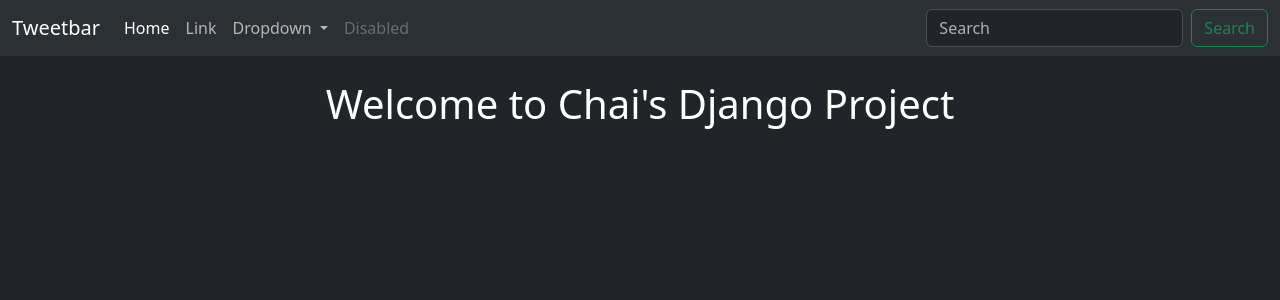
Repository: Pratham-2407/Full-Stack-Tweeting-Application---Django-
Page: http://localhost/tweet/
These files come from the project's save history. The page is drawn as it stood at one moment and after the next save; the edit follows.
The browser window is 1280 px wide. The pictures show the whole page.
The page is served by the project's application, run on Django 5.2 (chaihq/manage.py). Other server files are loaded and not shown.

Above is the page before, as saved 2024-07-13 21:37:49.

### chaihq/tweet/templates/index.html
{% extends "layout.html" %}

{% block title %}
Chai aur tweet
{% endblock %}

{% block content %}

<h1 class="text-center text-white mt-4">Welcome to Chai's Django Project</h1>

{% endblock %}

### chaihq/templates/layout.html
{% load static %}

<!DOCTYPE html>
<html lang="en" data-bs-theme="dark">
<head>
    <meta charset="UTF-8">
    <meta name="viewport" content="width=device-width, initial-scale=1.0">
    <link href="https://cdn.jsdelivr.net/npm/bootstrap@5.3.3/dist/css/bootstrap.min.css" rel="stylesheet" integrity="sha384-QWTKZyjpPEjISv5WaRU9OFeRpok6YctnYmDr5pNlyT2bRjXh0JMhjY6hW+ALEwIH" crossorigin="anonymous">
    <title>
        {% block title %}
        Chai aur Django
        {% endblock %}
    </title>
</head>
<body>

    <nav class="navbar navbar-expand-lg bg-body-tertiary">
        <div class="container-fluid">
          <a class="navbar-brand" href="#">Tweetbar</a>
          <button class="navbar-toggler" type="button" data-bs-toggle="collapse" data-bs-target="#navbarSupportedContent" aria-controls="navbarSupportedContent" aria-expanded="false" aria-label="Toggle navigation">
            <span class="navbar-toggler-icon"></span>
          </button>
          <div class="collapse navbar-collapse" id="navbarSupportedContent">
            <ul class="navbar-nav me-auto mb-2 mb-lg-0">
              <li class="nav-item">
                <a class="nav-link active" aria-current="page" href="#">Home</a>
              </li>
              <li class="nav-item">
                <a class="nav-link" href="#">Link</a>
              </li>
              <li class="nav-item dropdown">
                <a class="nav-link dropdown-toggle" href="#" role="button" data-bs-toggle="dropdown" aria-expanded="false">
                  Dropdown
                </a>
                <ul class="dropdown-menu">
                  <li><a class="dropdown-item" href="#">Action</a></li>
                  <li><a class="dropdown-item" href="#">Another action</a></li>
                  <li><hr class="dropdown-divider"></li>
                  <li><a class="dropdown-item" href="#">Something else here</a></li>
                </ul>
              </li>
              <li class="nav-item">
                <a class="nav-link disabled" aria-disabled="true">Disabled</a>
              </li>
            </ul>
            <form class="d-flex" role="search">
              <input class="form-control me-2" type="search" placeholder="Search" aria-label="Search">
              <button class="btn btn-outline-success" type="submit">Search</button>
            </form>
          </div>
        </div>
      </nav>

    <div class="container">
        {% block content %}
        {% endblock %}
    </div>
</body>
</html>

### chaihq/tweet/views.py
from django.shortcuts import render

# Create your views here.

def index(request):
    return render(request, 'index.html')

### chaihq/chaihq/urls.py
"""
URL configuration for chaihq project.

The `urlpatterns` list routes URLs to views. For more information please see:
    https://docs.djangoproject.com/en/5.0/topics/http/urls/
Examples:
Function views
    1. Add an import:  from my_app import views
    2. Add a URL to urlpatterns:  path('', views.home, name='home')
Class-based views
    1. Add an import:  from other_app.views import Home
    2. Add a URL to urlpatterns:  path('', Home.as_view(), name='home')
Including another URLconf
    1. Import the include() function: from django.urls import include, path
    2. Add a URL to urlpatterns:  path('blog/', include('blog.urls'))
"""
from django.contrib import admin
from django.urls import path, include
#added
from django.conf import settings
from django.conf.urls.static import static

urlpatterns = [
    path('admin/', admin.site.urls),
    path('tweet/', include('tweet.urls')),


] + static(settings.MEDIA_URL, document_root=settings.MEDIA_ROOT)

### chaihq/tweet/urls.py
from django.urls import path
from . import views


urlpatterns = [
    path('', views.index, name='index'),
]

After the next save:
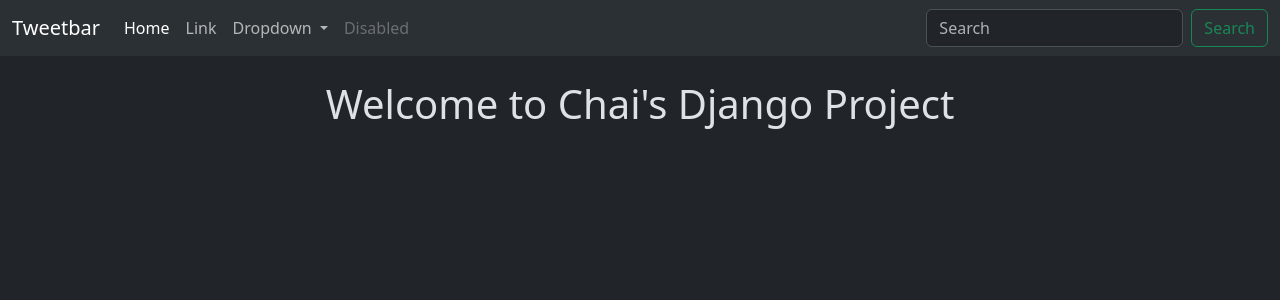
Saved 22 s later.
--- a/chaihq/tweet/templates/index.html
+++ b/chaihq/tweet/templates/index.html
@@ -6,6 +6,6 @@ Chai aur tweet
 
 {% block content %}
 
-<h1 class="text-center text-white mt-4">Welcome to Chai's Django Project</h1>
+<h1 class="text-center mt-4">Welcome to Chai's Django Project</h1>
 
 {% endblock %}
